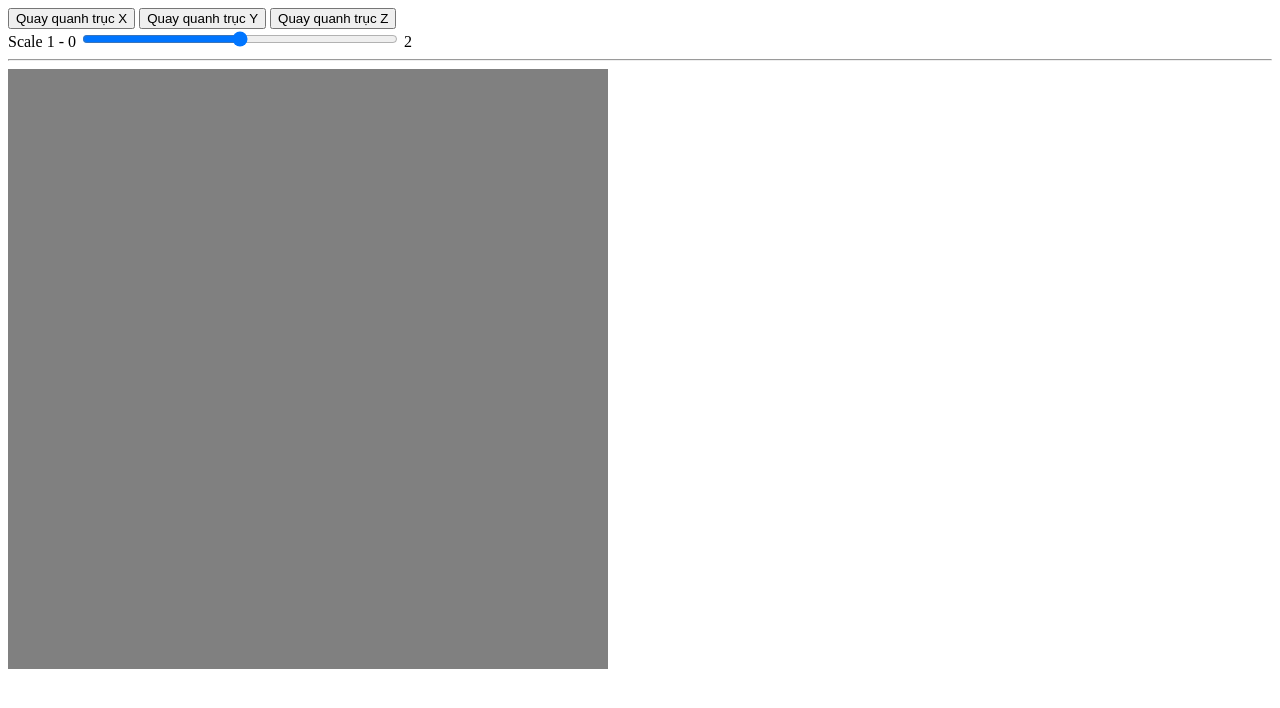
Repository: JoinGame-A36664/Build-House-WebGL
Page: index.html
An editor plug-in stored every save of this project. The page is shown before and after the next save, followed by the edit.
The browser window is 1280 px wide. The pictures show the whole page.

Above is the page before, as saved 2021-10-24 21:41:28.

After the next save:
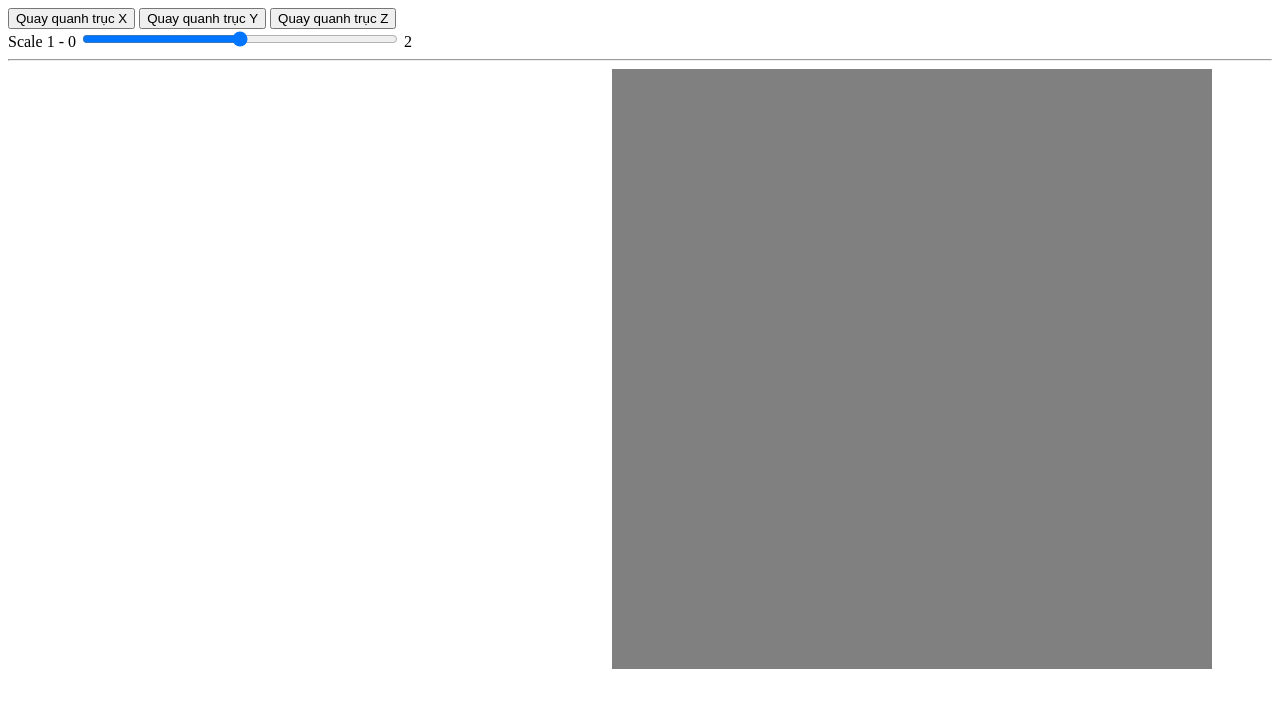
Saved 8 s later.
--- a/index.html
+++ b/index.html
@@ -50,7 +50,7 @@
 			2
 		</div>
 		<hr />
-                    <canvas id="gl-canvas" width="600" height="600">
+		<canvas id="angle_x" width="600" height="600">
 			Oops ... your browser doesn't support the HTML5 canvas element
 		</canvas>
 		<canvas id="gl-canvas" width="600" height="600">

After the save that followed:
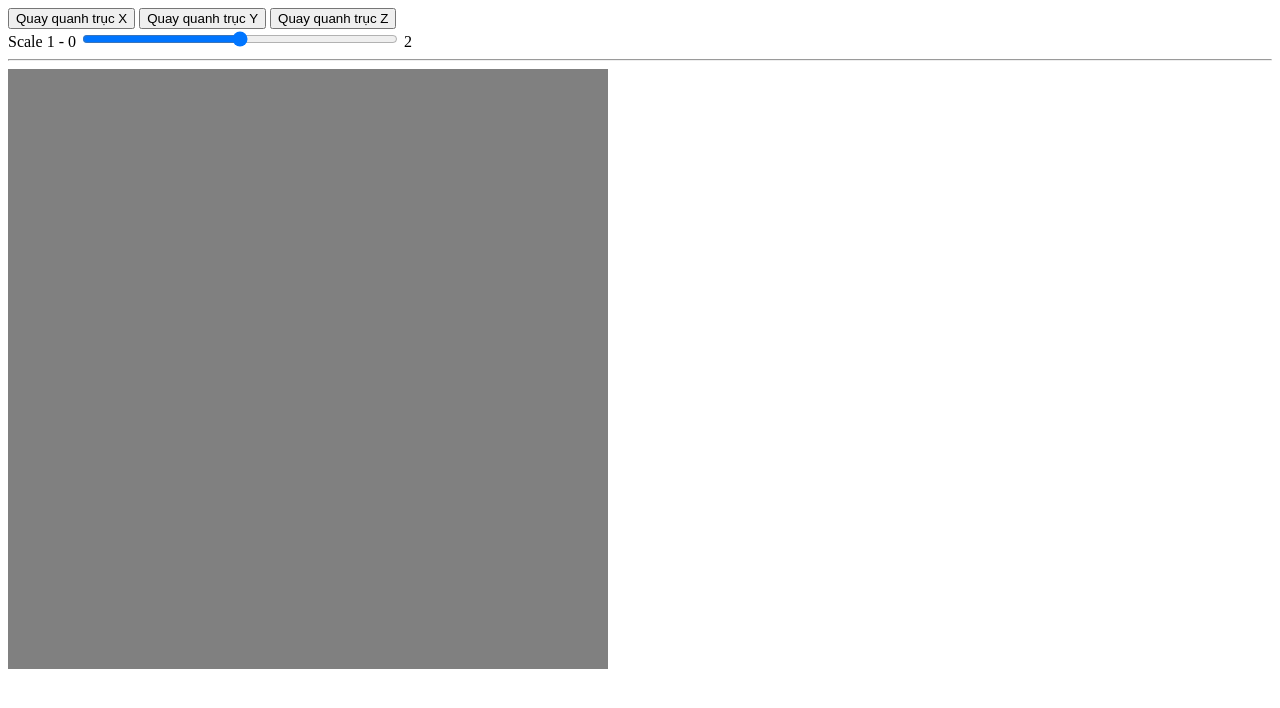
Saved 82 s later.
--- a/index.html
+++ b/index.html
@@ -50,9 +50,7 @@
 			2
 		</div>
 		<hr />
-		<canvas id="angle_x" width="600" height="600">
-			Oops ... your browser doesn't support the HTML5 canvas element
-		</canvas>
+
 		<canvas id="gl-canvas" width="600" height="600">
 			Oops ... your browser doesn't support the HTML5 canvas element
 		</canvas>
